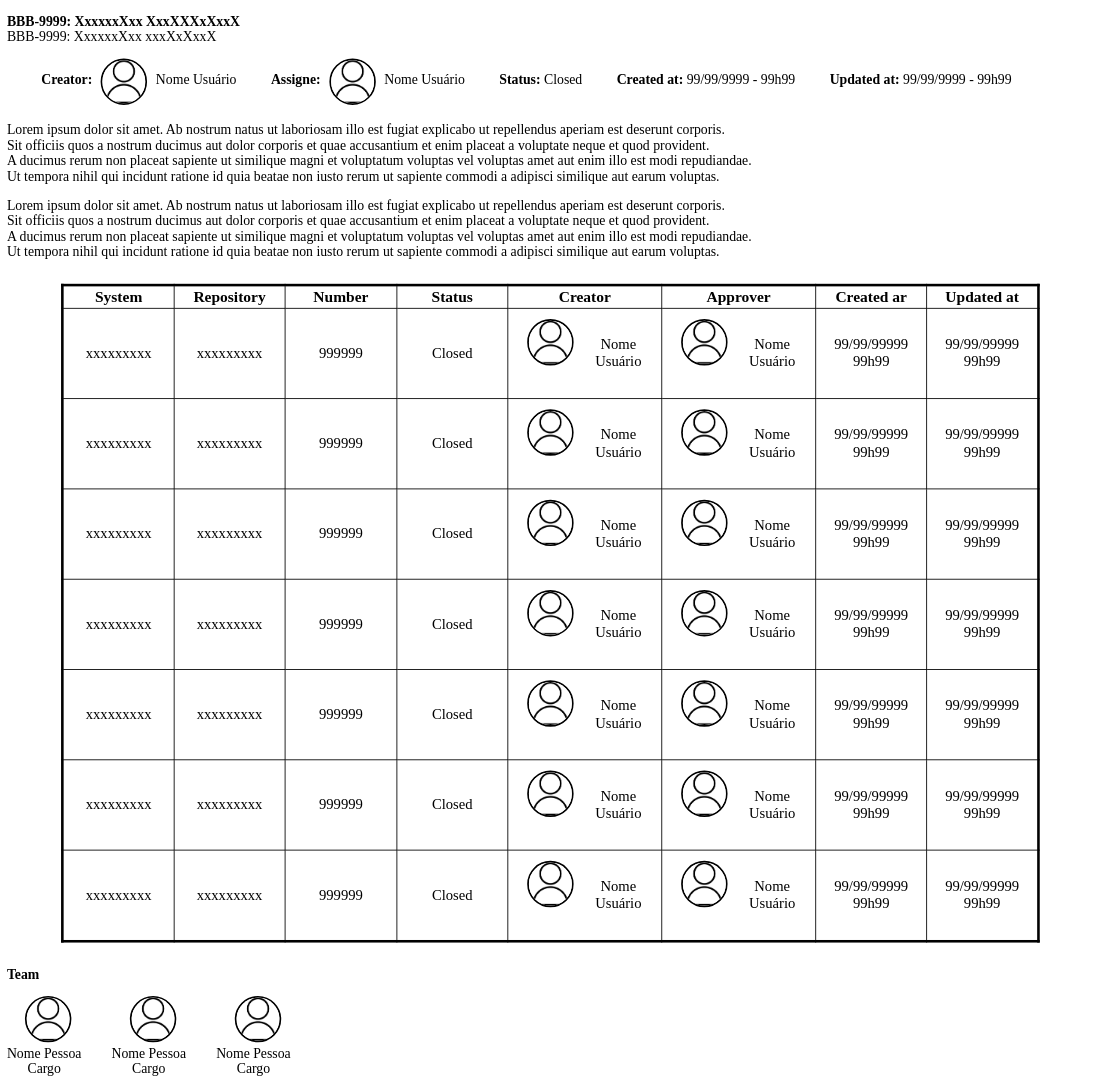
Repository: AnaBerlanda/PaginaFer
Page: index.html
The author's editor kept a copy of each file at every save. The page is drawn from the files as they stood at one save, then again after the next save.
The browser window is 1280 px wide. The pictures show the whole page, at 86% of full size.

Above is the page before, as saved 2022-05-23 22:09:27.

After the next save:
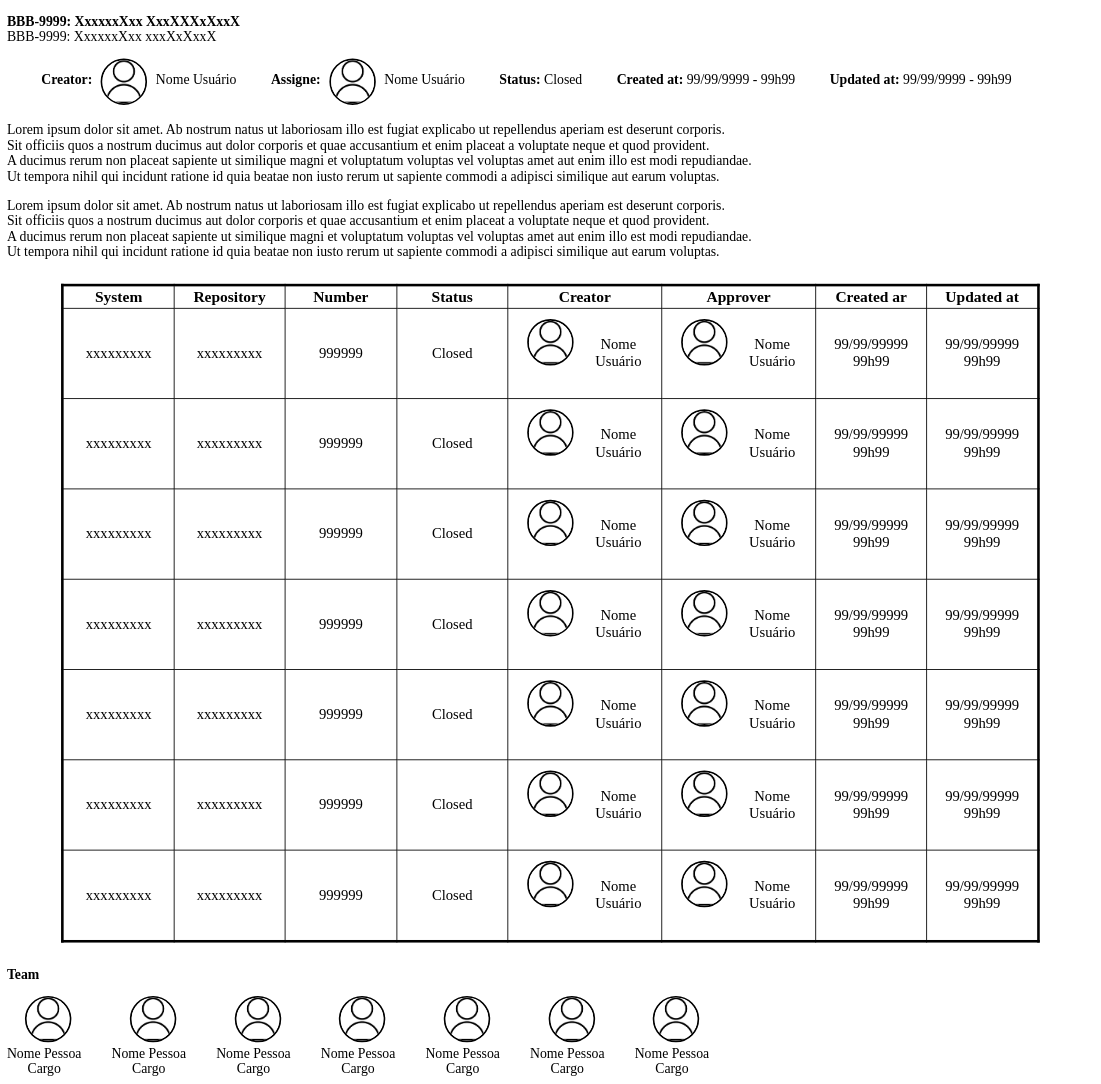
Saved 13 s later.
--- a/index.html
+++ b/index.html
@@ -278,6 +278,34 @@
             <p class="nome">Nome Pessoa</p>
             <p class="cargo">Cargo</p>
         </div>
+        <div class="imagem">
+            <div class="batata">
+                <img src="imagem/Icone-usuario-Png-1024x1024.png">
+            </div>
+            <p class="nome">Nome Pessoa</p>
+            <p class="cargo">Cargo</p>
+        </div>
+        <div class="imagem">
+            <div class="batata">
+                <img src="imagem/Icone-usuario-Png-1024x1024.png">
+            </div>
+            <p class="nome">Nome Pessoa</p>
+            <p class="cargo">Cargo</p>
+        </div>
+        <div class="imagem">
+            <div class="batata">
+                <img src="imagem/Icone-usuario-Png-1024x1024.png">
+            </div>
+            <p class="nome">Nome Pessoa</p>
+            <p class="cargo">Cargo</p>
+        </div>
+        <div class="imagem">
+            <div class="batata">
+                <img src="imagem/Icone-usuario-Png-1024x1024.png">
+            </div>
+            <p class="nome">Nome Pessoa</p>
+            <p class="cargo">Cargo</p>
+        </div>
     </div>
 
     </div>
